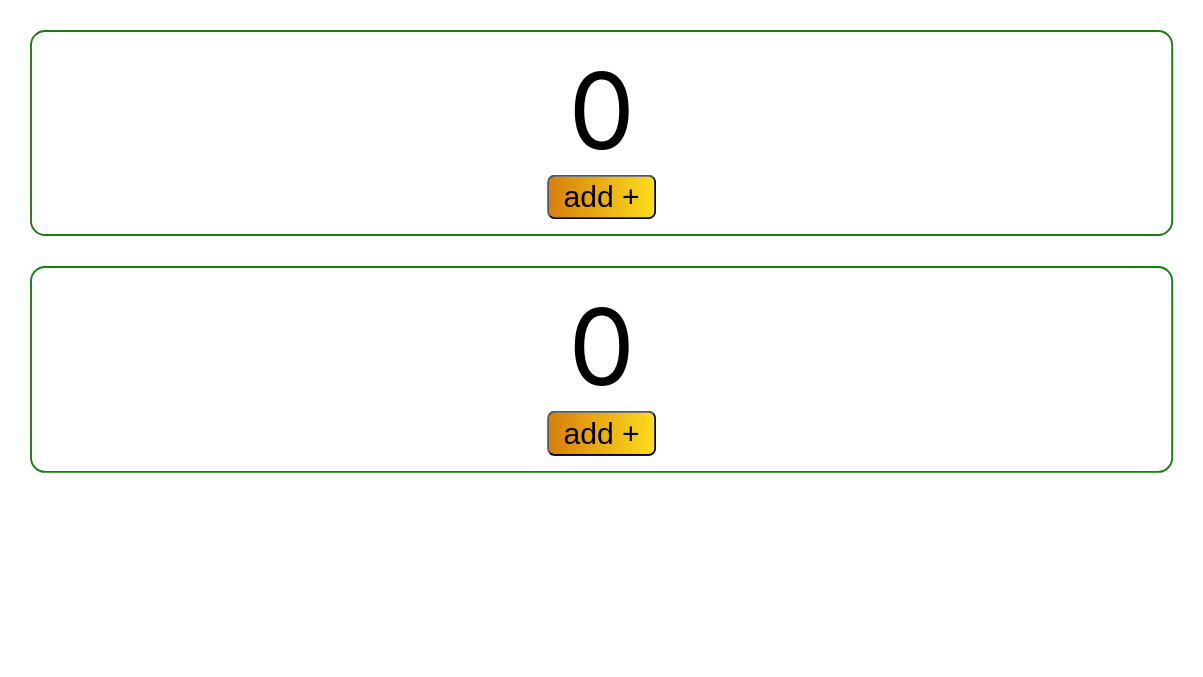
Repository: Yugayoung/css-example
Page: / (app in react/basic/)
The author's editor kept a copy of each file at every save. The page is drawn from the files as they stood at one save, then again after the next save.
The browser window is 1280 px wide. The pictures show the whole page, at 94% of full size.
The project was rebuilt for these pictures with package versions that can differ from the ones it lists, and the page was loaded fresh each time.

Above is the page before, as saved 2023-12-19 19:59:18.

After the next save:
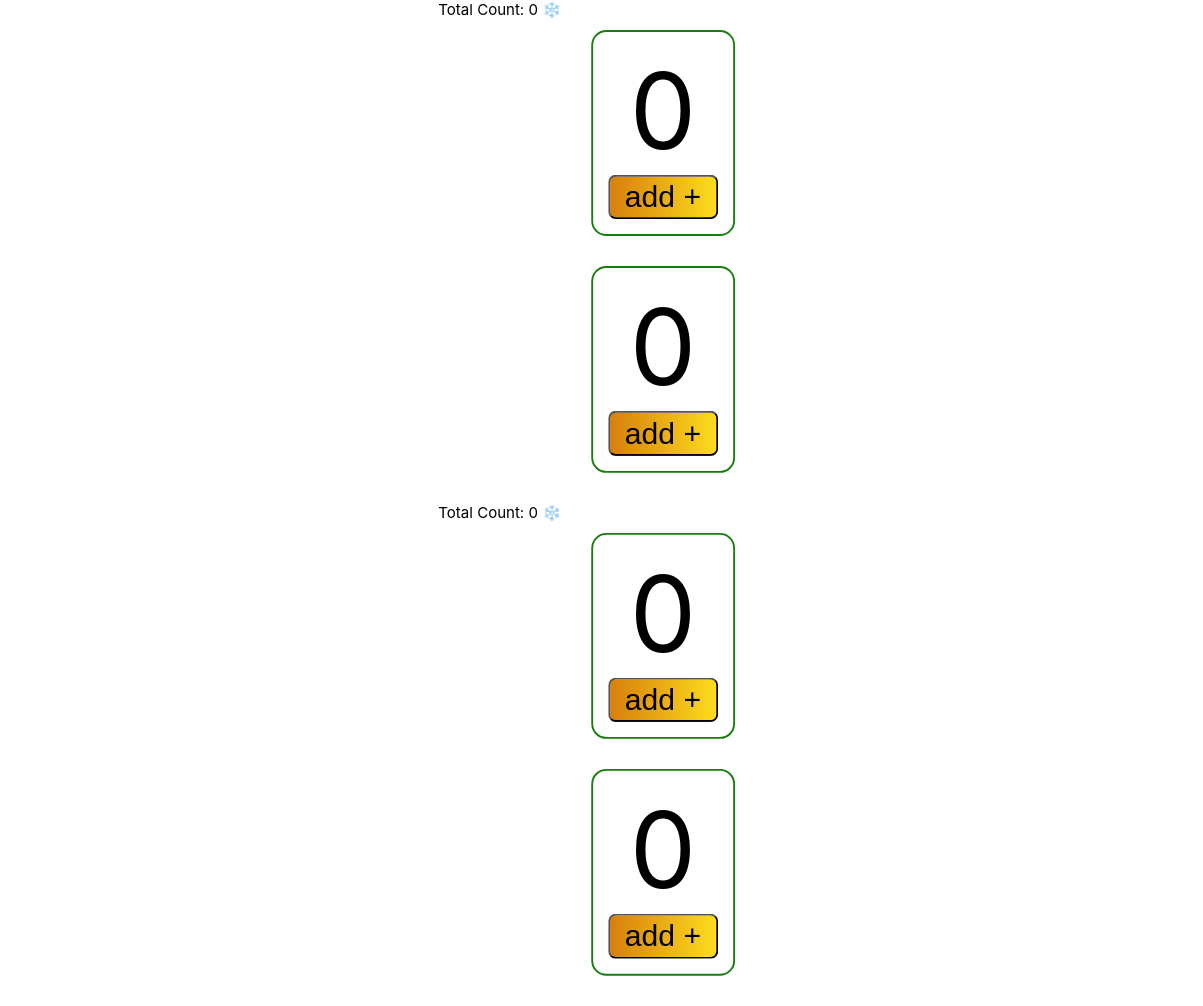
Saved 3 min 59 s later.
--- a/react/basic/src/AppCounter.jsx
+++ b/react/basic/src/AppCounter.jsx
@@ -1,11 +1,18 @@
-import React from 'react';
+import React, { useState } from 'react';
 import Counter from './components/Counter';
 import './App.css';
 
 export default function AppCounter() {
+  const [count, setCount] = useState(0);
   return (
-    <div>
-      <Counter />
+    <div className='container'>
+      <div className='banner'>
+        Total Count: {count} {count > 10 ? '🔥' : '❄️'}
+      </div>
+      <div className='counters'>
+        <Counter />
+        <Counter />
+      </div>
     </div>
   );
 }
